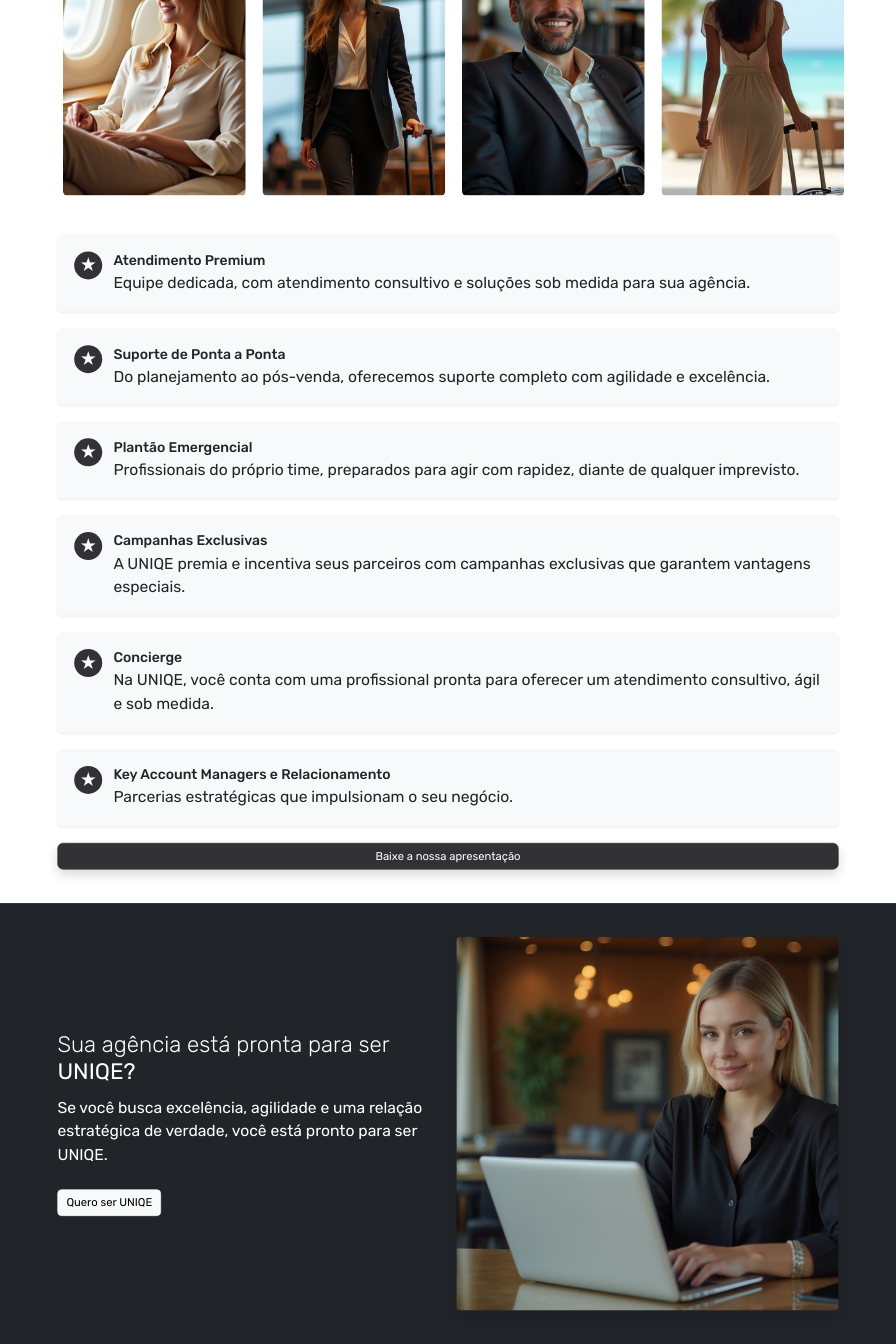
Repository: SkyTeam-Dev/Site-Uniqe
Page: http://localhost/
An editor plug-in stored every save of this project. The page is shown before and after the next save, followed by the edit.
The browser window is 1280 px wide. The pictures show the part of the page from y = 1233 to 3153 px (the page is 3153 px tall), at 70% of full size.
Some web libraries are served in a nearby version. The page is run by PHP 8.4 with error messages shown; the project is at /var/www/html/.

Above is the page before, as saved 2025-07-03 16:14:15.

After the next save:
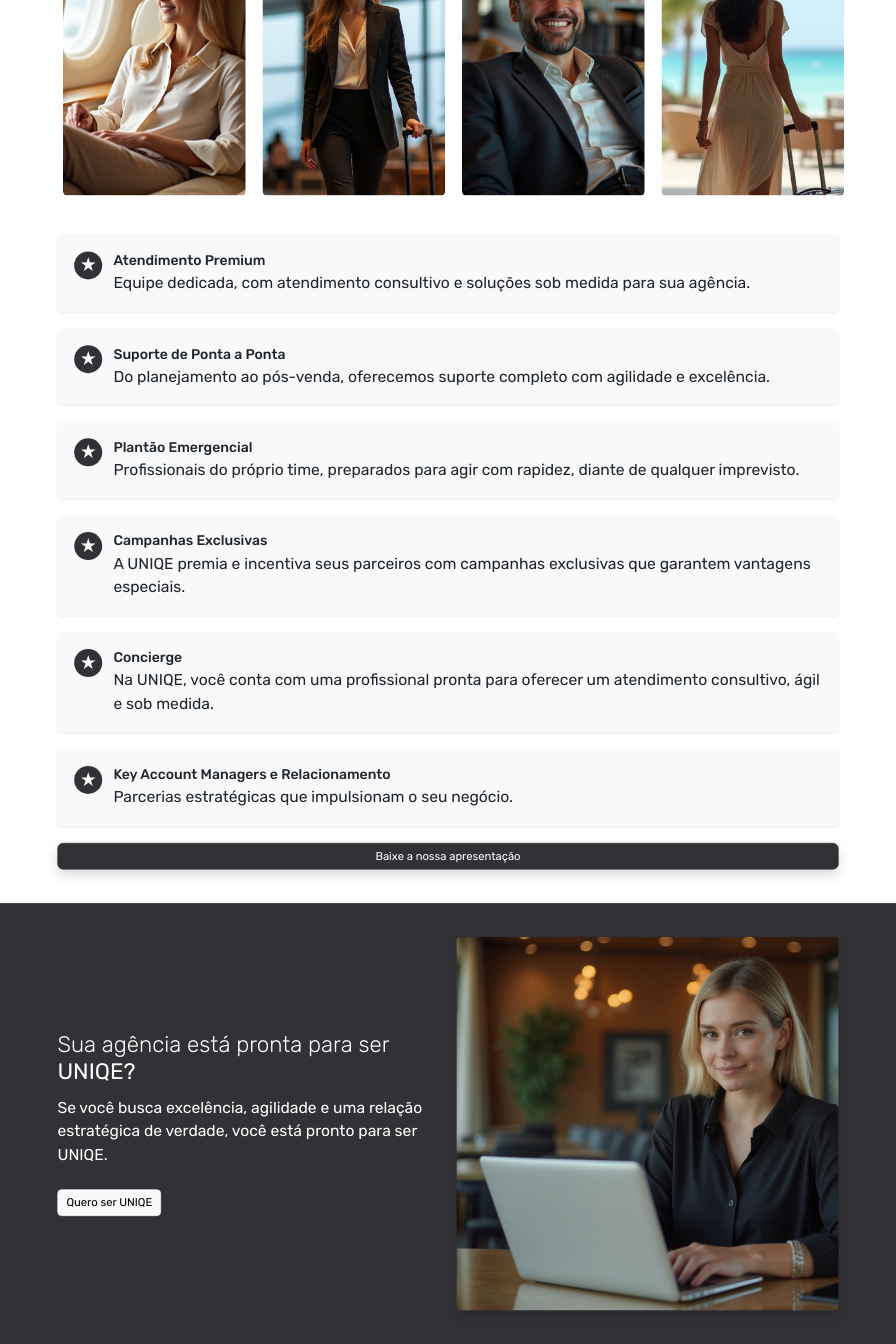
Saved 27 s later.
--- a/index.php
+++ b/index.php
@@ -372,7 +372,7 @@
         </div>
     </section>
 
-    <section class="container-fluid bg-dark text-white py-5">
+    <section class="container-fluid bg-primary text-white py-5">
         <div class="container">
             <div class="row align-items-center">
 
